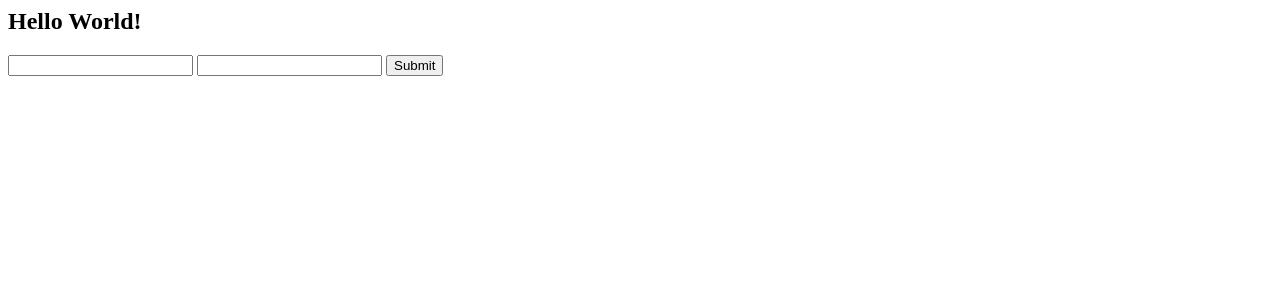
Repository: NathanDPoole/Personal
Page: Training/JavaScriptEx/src/main/webapp/html/index.html
The author's editor kept a copy of each file at every save. The page is drawn from the files as they stood at one save, then again after the next save.
The browser window is 1280 px wide. The pictures show the whole page.

Above is the page before, as saved 2017-12-28 21:51:09.
Console error: TypeError: document.getElementByID is not a function

### Training/JavaScriptEx/src/main/webapp/html/index.html
<html>
<body>
<h2>Hello World!</h2>

	<div>
		<input type="text" id="user">
		<input type="text" id="pass">
		<input type="submit" id="submint" onclick="changeParagraph()">
	</div>
	<div>
		<p id="newParagraph"></p>
	</div>

<script type="text/javascript" src="../js/HelloWorld.js"></script>
<script type="text/javascript" src="../js/domExample.js"></script>

</body>
</html>

### Training/JavaScriptEx/src/main/webapp/js/HelloWorld.js
/**
 *
 */
"use strict" //means you have to put var in front of variables
var a = 10;
console.log(a);

//document.write('never use document.write'); out-dated
//alert("pop-up boxes"); //not a good practice, easy to forget

console.log(a);

var x=10; var y=20; //global scope
function add(){
	var c = 40; //local scope
	return(x + y);
}

console.log(add);
console.log(add());
//console.log(c);


//function used as a variable
//functions can be anonymous. notice the f1 function dosn't have a name
var f1 = function(){
	return true;
}

console.log(f1());

var f2 = new Function("x", "y", "return (x*y);");
console.log(f2(20, 30));

//hoisting
console.log("result of muliplication: ", multiply(30, 40));
//call comes before execution
function multiply(d, e){
	return d*e;
}

//self invoking functions
//the definition is in the call
(function printMsg(){
	console.log("this is a message");
})();

(function (){
	console.log("anonymous self invoking");
})();

//ignores extra arguments
console.log(multiply(10,10));
console.log(multiply(10,10,20));
console.log(multiply(10,10,20,30));
//passes undefined if missing arguments
console.log(multiply(10));



function changeValues(g){
	g += ", How are you?";
	console.log(g);
	return g;
}

var h= changeValues("Tom");
console.log(h);

//overloading(more like overriding
function multiply(d, e, i){
	return d*e*i;
}

console.log(multiply(10, 20, 30));
//the latest version covers over all previous versions
console.log(multiply(10, 20));



function Person(age, name){
	this.age = age;
	this.name = name;
}

var tom = new Person(25, "Tom");

console.log(tom.age);


//more on scope
var myVar;

function assignValue(){
	myVar=10;
}
assignValue();
console.log(myVar);
//global variables retain their value even if assign inside a function

//objects

//create using new
var player = new Object();
var playerName = "Marshawn Lynch";
var playerScore = "100";

player.name = playerName;
player.score = playerScore;


//create using literals
var player1 = {name: "Joe Montana", score: 600, rank: 2};
var player2 = {name: "Tom Brady", score: 650, rank: 1};

console.log(player1.name);
console.log(player2.name);

function printPlayerInfo(){
	console.log(this.name + " scored totaly - "+ this.score);
}

player1.info = printPlayerInfo; //relating the printPlayerInfo function the the
player2.info = printPlayerInfo;	//	.info method

console.log(player1.info());
console.log(player2.info());

//closure
var counter;
function f3(){
	var counter = 0;
	counter += 1;
}
f3();
console.log(counter);
f3();
console.log(counter);
f3();
console.log(counter);
f3();
console.log(counter);

var add = (function(){
	var dd = 0;
	return( function(){ return dd+=1;});
})();

console.log(add());
console.log(add());
console.log(add());
console.log(add());

### Training/JavaScriptEx/src/main/webapp/js/domExample.js
/**
 *
 */
var u = document.getElementByID("user").val();
var p = document.getElementByID("pass").val();

var para = document.getElementByID("newParagraph");

function changeParagraph(){
	para.innerHTML = "<p> user"+ u + "is logged </p>";
}

After the next save:
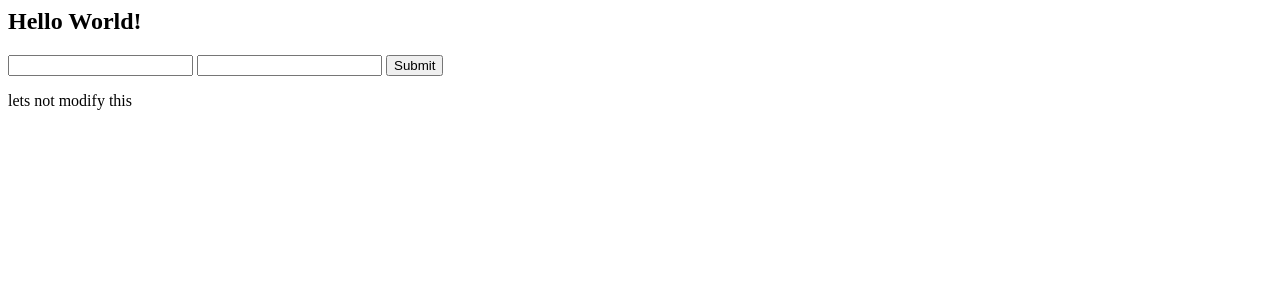
Saved 93 s later.
--- a/Training/JavaScriptEx/src/main/webapp/html/index.html
+++ b/Training/JavaScriptEx/src/main/webapp/html/index.html
@@ -7,8 +7,13 @@
 		<input type="text" id="pass">
 		<input type="submit" id="submint" onclick="changeParagraph()">
 	</div>
+
 	<div>
 		<p id="newParagraph"></p>
+	</div>
+
+	<div id="notMidifiedbyJS">
+		<p> lets not modify this </p>
 	</div>
 
 <script type="text/javascript" src="../js/HelloWorld.js"></script>
